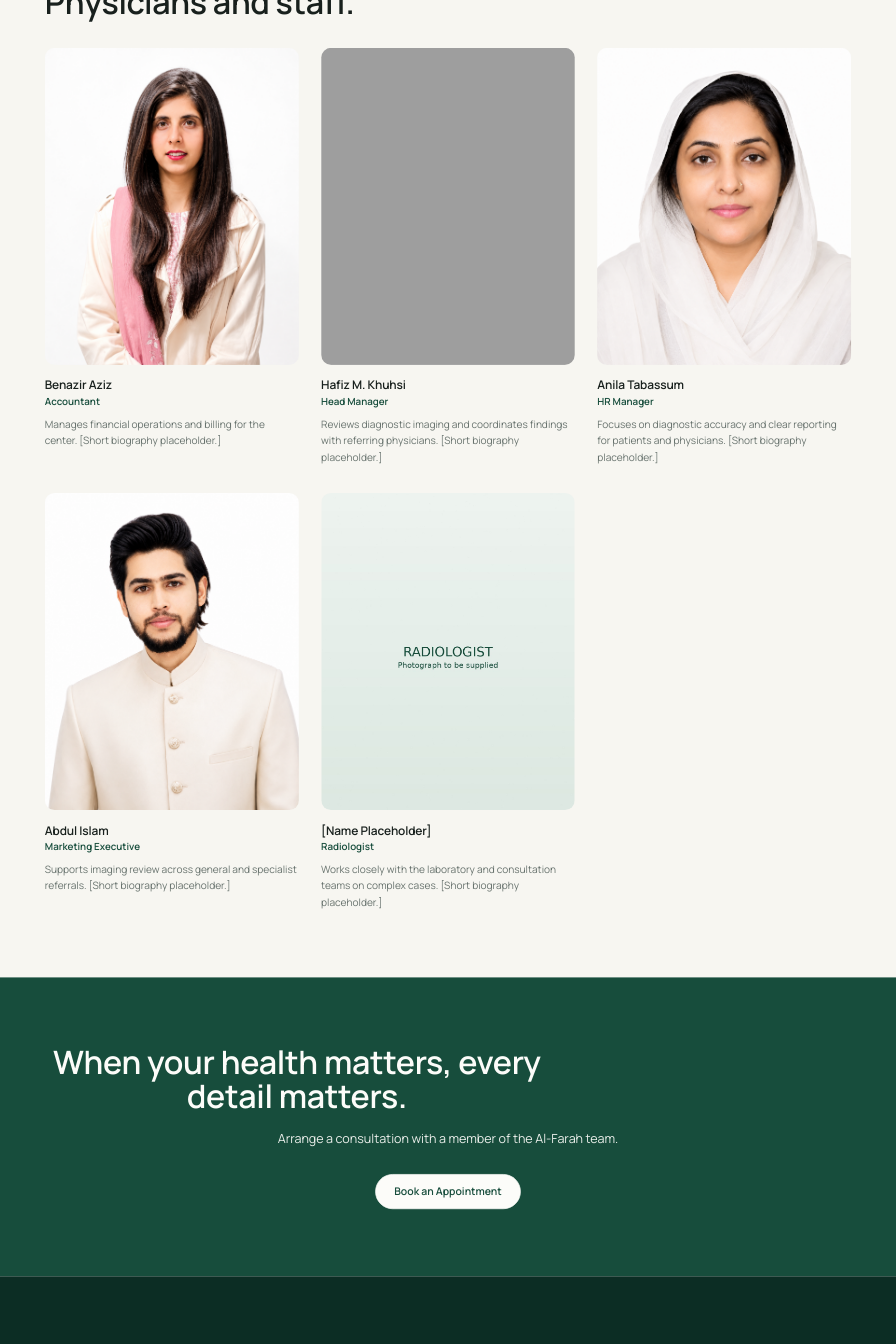
Repository: mraeesaziz45/al-farah
Page: team.html
The author's editor kept a copy of each file at every save. The page is drawn from the files as they stood at one save, then again after the next save.
The browser window is 1280 px wide. The pictures show the part of the page from y = 1486 to 3406 px (the page is 3806 px tall), at 70% of full size.
Pictures or frames that could not be fetched are drawn as grey boxes.

Above is the page before, as saved 2026-09-05 17:02:28.

After the next save:
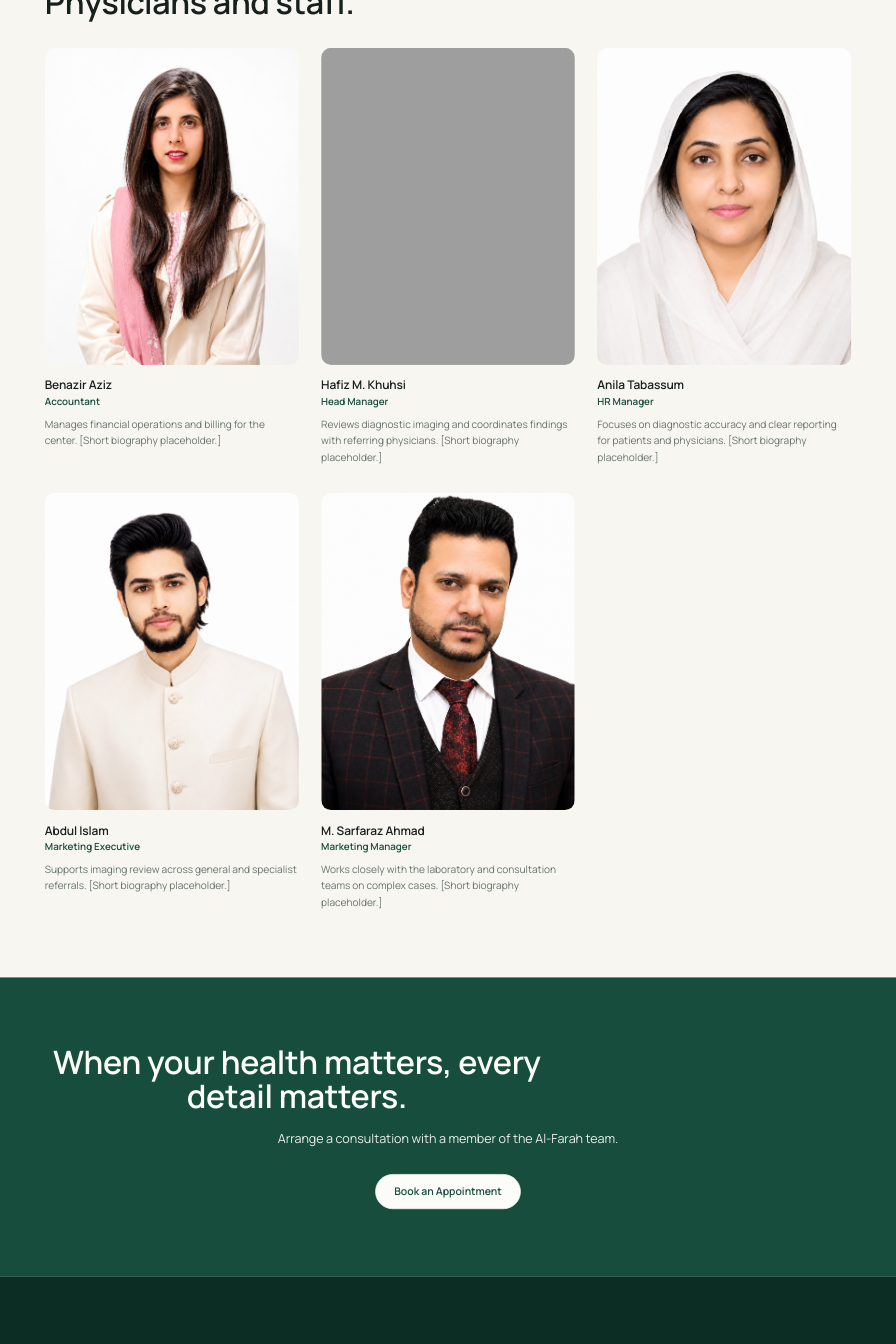
Saved 4 min 53 s later.
--- a/team.html
+++ b/team.html
@@ -126,10 +126,10 @@
         </div>
         <div class="team-card" data-reveal>
           <div class="team-card-media">
-            <img src="assets/images/team/radiologist-04-placeholder.jpg" alt="Portrait placeholder for a radiologist" width="1000" height="1250" loading="lazy" decoding="async">
+            <img src="assets/images/team/sarfaraz-ahmad.png" alt="Portrait placeholder for a radiologist" width="1000" height="1250" loading="lazy" decoding="async">
           </div>
-          <h3 class="h4">[Name Placeholder]</h3>
-          <span class="role">Radiologist</span>
+          <h3 class="h4">M. Sarfaraz Ahmad</h3>
+          <span class="role">Marketing Manager</span>
           <p class="bio">Works closely with the laboratory and consultation teams on complex cases. [Short biography placeholder.]</p>
         </div>
       </div>
